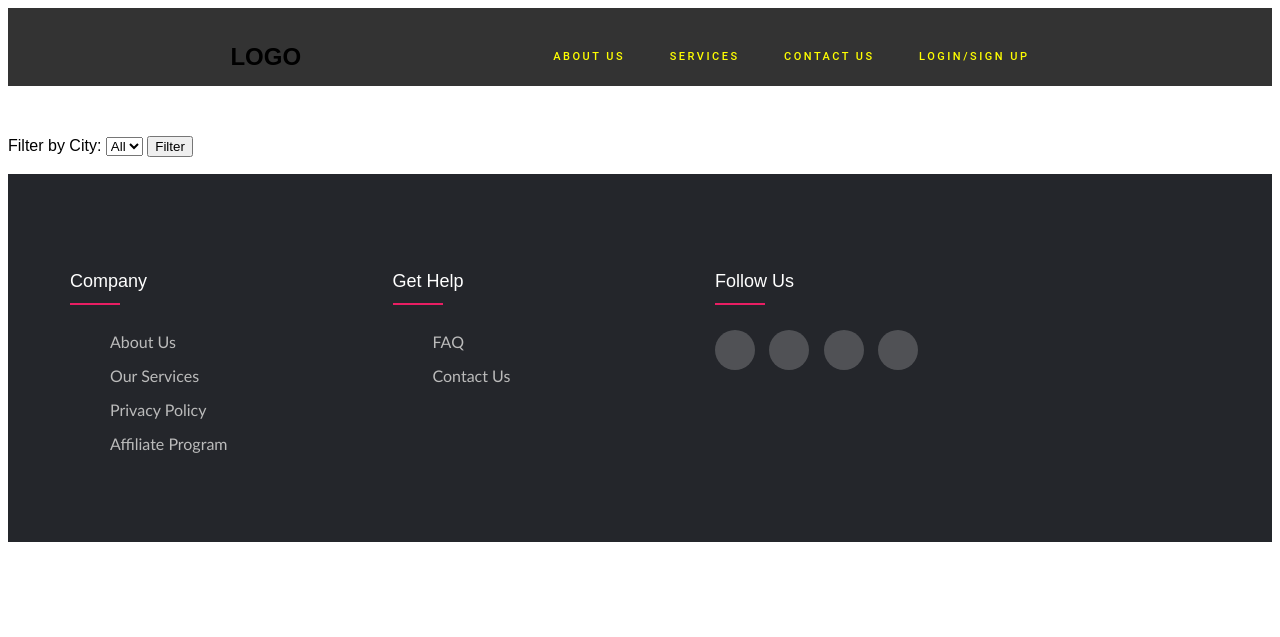
Repository: RishuGudigar/pawtakers
Page: templates/home.html
These files come from the project's save history. The page is drawn as it stood at one moment and after the next save; the edit follows.
The browser window is 1280 px wide. The pictures show the whole page.
The page is served by the project's application, run on Django 4.2 (manage.py). Other server files are loaded and not shown. The template is opened directly, without the code that normally fills it, so the values that code supplies are empty.

Above is the page before, as saved 2023-05-21 19:35:00.

### pawtakers/templates/home.html
{% comment %} {% extends 'base.html' %} {% endcomment %}

{% block content %}
{% load static %}

<style>
    .container {
        display: flex;
        flex-wrap: wrap;
        gap: 20px;
    }

    .profile {
        display: flex;
        align-items: center;
        gap: 20px;
        margin-bottom: 20px;
    }

    .image-container {
        flex: 0 0 200px;
    }

    .image {
        width: 100%;
        height: auto;
        object-fit: cover;
    }

    .profile-details {
        flex-grow: 1;
    }

    .name {
        font-weight: bold;
    }

    .address {
        margin-top: 5px;
    }

    .description {
        margin-top: 10px;
    }

    .call-button {
        margin-top: 10px;
    }

    .container:hover {
        box-shadow: 0 0 10px rgba(0, 0, 0, 0.3); /* Add box shadow effect on hover */
        background-image: url('{% static "r_bg.jpg" %}');
        /* Add background image on hover */
        background-repeat: repeat; /* Set the background image to repeat */
        background-size: auto; /* Reset the background image size */
        background-position: fixed; /* Reset the background image position */
    }

    @import url('https://fonts.googleapis.com/css2?family=Poppins:wght@300;400;500;600;700&display=swap');

    body {
        line-height: 1.5;
        font-family: 'Poppins', sans-serif;
    }

    .container {
        max-width: 1170px;
        margin: auto;
    }

    .row {
        display: flex;
        flex-wrap: wrap;
    }

    ul {
        list-style: none;
    }

    .nav-bar{
        width: 100%;
    }


    .navbar{
        display: flex;
        align-items: center;
        justify-content: space-around;
        padding-top:20px;
        padding-left: 10%;
        padding-right:10%;
        background-color: rgba(0,0,0,0.8);
        height: 8vh;


    }

    .navbar ul li{
        list-style-type: none;
        display: inline-block;
        padding: 10px 20px;
    }

    .navbar ul li a{
        text-decoration: none;
        font-weight: 500;
        color:yellow;
        font-family: 'Roboto', sans-serif;
        font-size: 11px;
        text-transform: uppercase;
        letter-spacing: 2.5px;

    }

    .navbar ul li a:hover{
        color: white;
        transition: .4s;
        font-size: medium;
        font-weight: 500;
    }
    .container_view{
        max-width: 1170px;
        margin:auto;
    }
    .row{
        display: flex;
        flex-wrap: wrap;
    }
    ul{
        list-style: none;
    }
    .footer{
        background-color: #24262b;
        padding: 70px 0;
    }
    .footer-col{
        width: 25%;
        padding: 0 15px;
    }
    .footer-col h4{
        font-size: 18px;
        color: #ffffff;
        text-transform: capitalize;
        margin-bottom: 35px;
        font-weight: 500;
        position: relative;
    }
    .footer-col h4::before{
        content: '';
        position: absolute;
        left:0;
        bottom: -10px;
        background-color: #e91e63;
        height: 2px;
        box-sizing: border-box;
        width: 50px;
    }
    .footer-col ul li:not(:last-child){
        margin-bottom: 10px;
    }
    .footer-col ul li a{
        font-size: 16px;
        text-transform: capitalize;
        color: #ffffff;
        text-decoration: none;
        font-weight: 300;
        color: #bbbbbb;
        display: block;
        transition: all 0.3s ease;
        font-family: 'Gill Sans', 'Gill Sans MT', Calibri, 'Trebuchet MS', sans-serif;
    }
    .footer-col ul li a:hover{
        color: #ffffff;
        padding-left: 8px;
    }
    .footer-col .social-links a{
        display: inline-block;
        height: 40px;
        width: 40px;
        background-color: rgba(255,255,255,0.2);
        margin:0 10px 10px 0;
        text-align: center;
        line-height: 40px;
        border-radius: 50%;
        color: #ffffff;
        transition: all 0.5s ease;
    }
    .footer-col .social-links a:hover{
        color: #24262b;
        background-color: #ffffff;
    }
</style>
<div class="nav-bar">
    <nav class="navbar">
        <div>
        <a class="logo"><H1>LOGO</H1></a>
        </div>

        <div>
            <ul class="navbar-nav">
                <li class="nav-item"><a class="nav-link" href="#">About Us</a></li>
                <li class="nav-item"><a class="nav-link" href="#">Services</a></li>
                <li class="nav-item"><a class="nav-link" href="#">Contact Us</a></li>
                <li class="nav-item"><a class="nav-link" href="#">Login/Sign up</a></li>
        </ul>
        </div>
    </nav>
</div>
<br>
<br>
    {% for profile in profiles %}
    <div class="container">
    <div class="profile">
        <div class="image-container">
            <img src="{{ profile.image.url }}" alt="Person Image" class="image">
        </div>
        <div class="profile-details">
            <div class="name">{{ profile.name }}</div>
            <div class="address">{{ profile.city }},{{ profile.state }}</div>
            <div class="description">
                <p>Service Description:</p>
                <p>{{ profile.description }}</p>
            </div>
            <button class="call-button" onclick="callPerson('+91 8848699797')">
                <i class="fas fa-phone"></i>Call
            </button>
            <button class="call-button">
            <a href="{% url 'caretaker:profile' profile.pk %}" class="stretched-link">View More </a>
            </button>
        </div>
    </div>
</div>
<br>
<br>
    {% endfor %}
    <form method="GET" action="">
        <label for="city">Filter by City:</label>
        <select id="city" name="city">
            <option value="">All</option>
            {% for city in cities %}
                <option value="{{ city }}" {% if selected_city == city %}selected{% endif %}>{{ city }}</option>
            {% endfor %}
        </select>
        <button type="submit">Filter</button>
    </form>

    <footer class="footer">
        <div class="container_view">
            <div class="row">
                <div class="footer-col">
                    <h4>company</h4>
                    <ul>
                        <li><a href="#">about us</a></li>
                        <li><a href="#">our services</a></li>
                        <li><a href="#">privacy policy</a></li>
                        <li><a href="#">affiliate program</a></li>
                    </ul>
                </div>
                <div class="footer-col">
                    <h4>get help</h4>
                    <ul>
                        <li><a href="#">FAQ</a></li>
                        <li><a href="#">Contact Us</a></li>
                    </ul>
                </div>

                <div class="footer-col">
                    <h4>follow us</h4>
                    <div class="social-links">
                        <a href="#"><i class="fab fa-facebook-f"></i></a>
                        <a href="#"><i class="fab fa-twitter"></i></a>
                        <a href="#"><i class="fab fa-instagram"></i></a>
                        <a href="#"><i class="fab fa-linkedin-in"></i></a>
                    </div>
                </div>
            </div>
        </div>
    </footer>

{% endblock %}

### pawtakers/pawtakers/urls.py
"""
URL configuration for pawtakers project.

The `urlpatterns` list routes URLs to views. For more information please see:
    https://docs.djangoproject.com/en/4.2/topics/http/urls/
Examples:
Function views
    1. Add an import:  from my_app import views
    2. Add a URL to urlpatterns:  path('', views.home, name='home')
Class-based views
    1. Add an import:  from other_app.views import Home
    2. Add a URL to urlpatterns:  path('', Home.as_view(), name='home')
Including another URLconf
    1. Import the include() function: from django.urls import include, path
    2. Add a URL to urlpatterns:  path('blog/', include('blog.urls'))
"""
from django.contrib import admin
from django.urls import include,path
from django.conf.urls import include
from caretaker.views import ProfileView

urlpatterns = [
    path("", include("caretaker.urls")),
    path('admin/', admin.site.urls),
    path('accounts/', include('allauth.urls')),


]

### pawtakers/caretaker/urls.py
from django.urls import path
from . import views
from .views import display,ProfileView,Data
from django.conf import settings
from django.conf.urls.static import static

app_name = 'caretaker'

urlpatterns = [

    path('display', views.display, name='display'),
    path('', views.index , name="index"),
    path('profile/<int:pk>',ProfileView.as_view(),name='profile'),
    path('forms/',Data.as_view(),name="Data")

]

if settings.DEBUG:
    urlpatterns+= static(settings.MEDIA_URL, document_root=settings.MEDIA_ROOT)

After the next save:
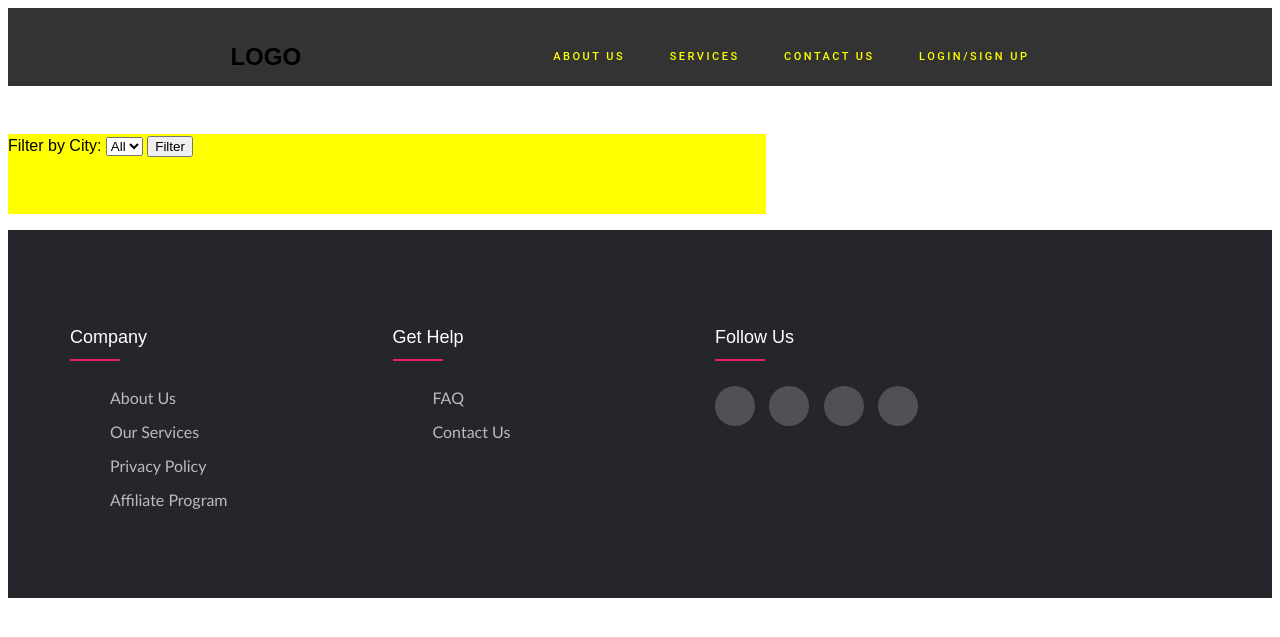
Saved 5 min 32 s later.
--- a/pawtakers/templates/home.html
+++ b/pawtakers/templates/home.html
@@ -189,6 +189,12 @@
         color: #24262b;
         background-color: #ffffff;
     }
+
+    .city_form{
+        width:60%;
+        height:80px;
+        background:yellow;
+        }
 </style>
 <div class="nav-bar">
     <nav class="navbar">
@@ -233,7 +239,8 @@
 <br>
 <br>
     {% endfor %}
-    <form method="GET" action="">
+
+    <form method="GET" action="" class="city_form">
         <label for="city">Filter by City:</label>
         <select id="city" name="city">
             <option value="">All</option>
